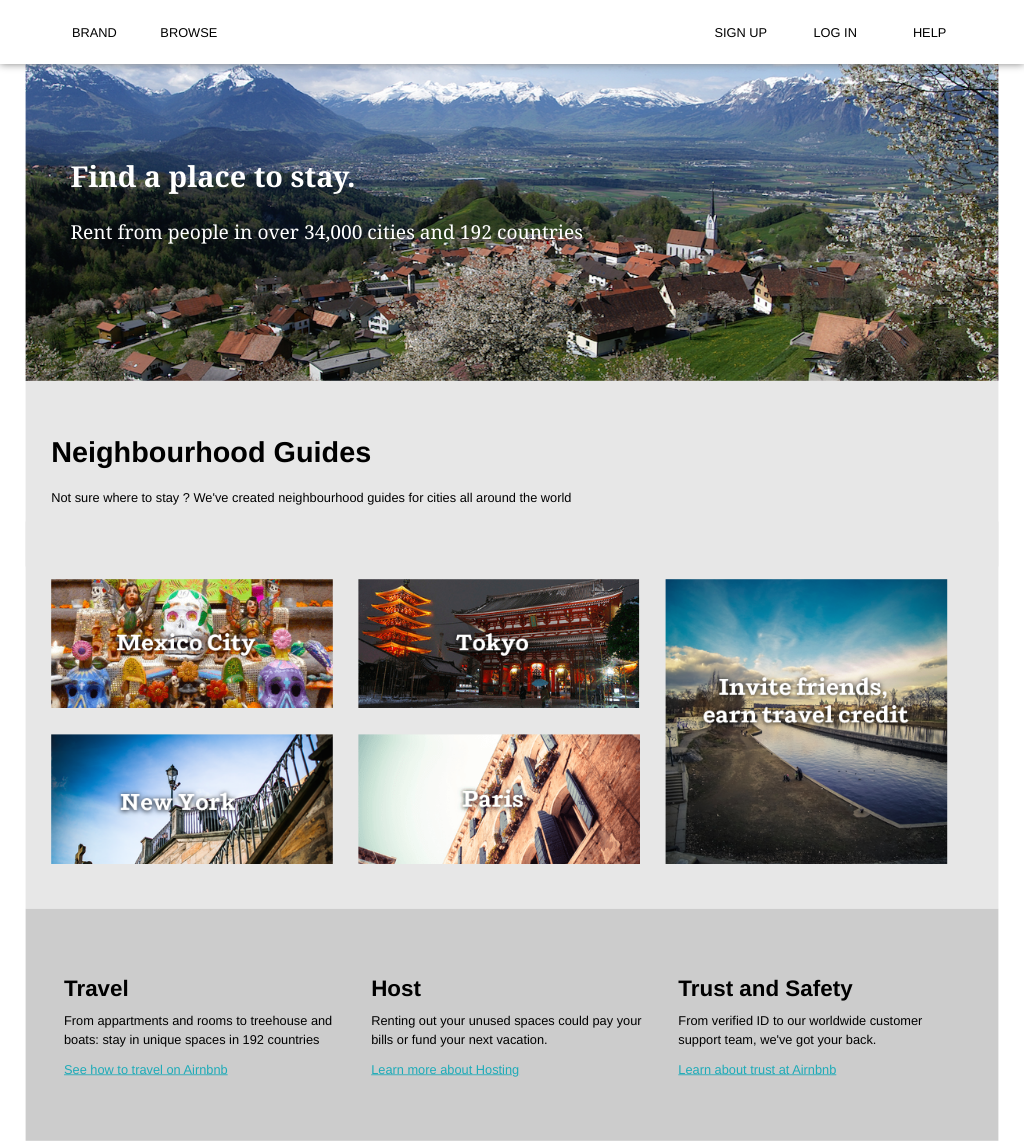
Repository: Naohonproject/web101x02-asm3
Page: Project3.html
An editor plug-in stored every save of this project. The page is shown before and after the next save, followed by the edit.
The browser window is 1280 px wide. The pictures show the whole page, at 80% of full size.

Above is the page before, as saved 2022-01-22 20:44:24.

After the next save:
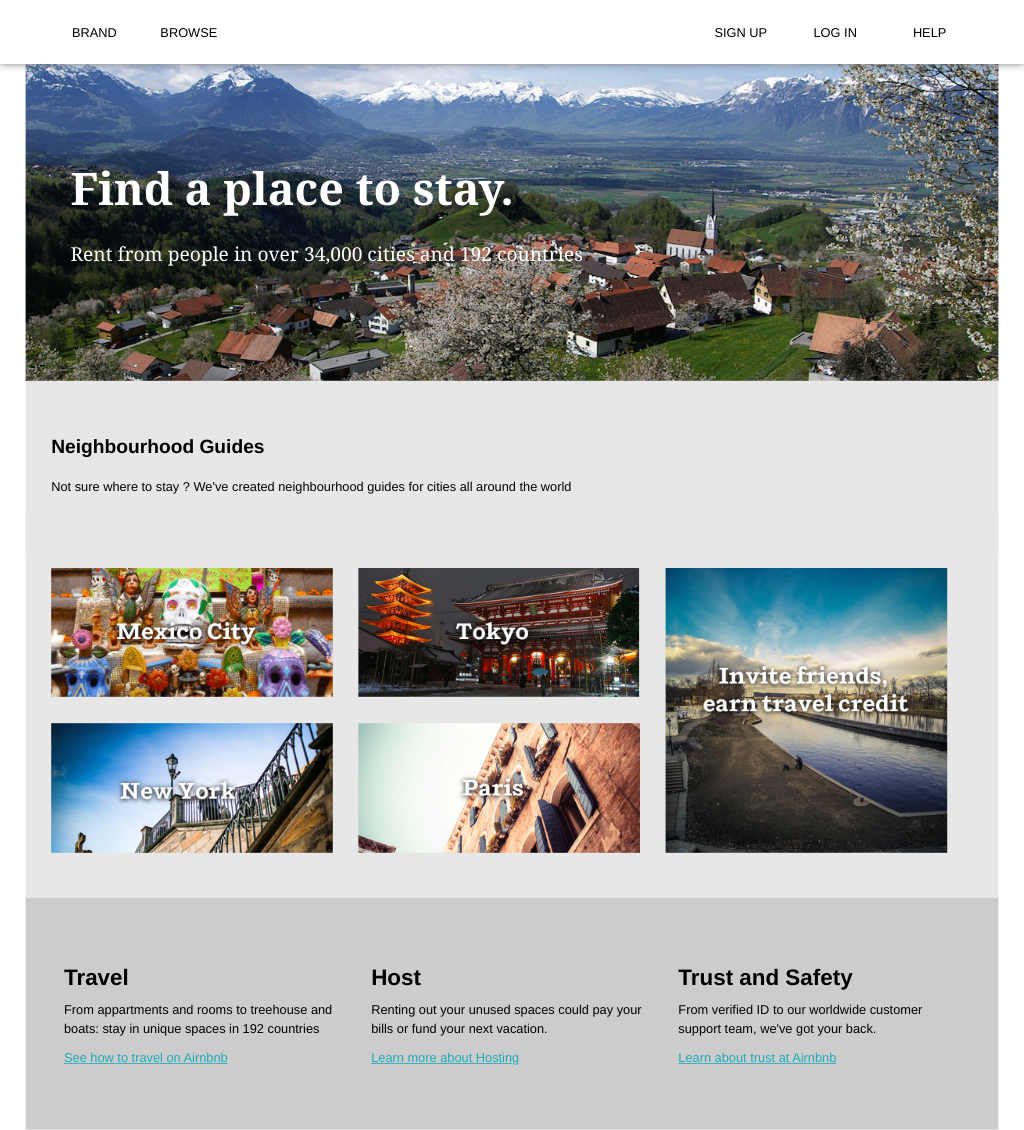
Saved 4 s later.
--- a/assets/css/mobile.css
+++ b/assets/css/mobile.css
@@ -27,10 +27,6 @@
 }
 
 /* to set the big and bold text */
-.bold-text {
-	font-size: 36px;
-	font-weight: bold;
-}
 
 .col-1 {
 	width: 8.33%;

After the 3 saves that followed:
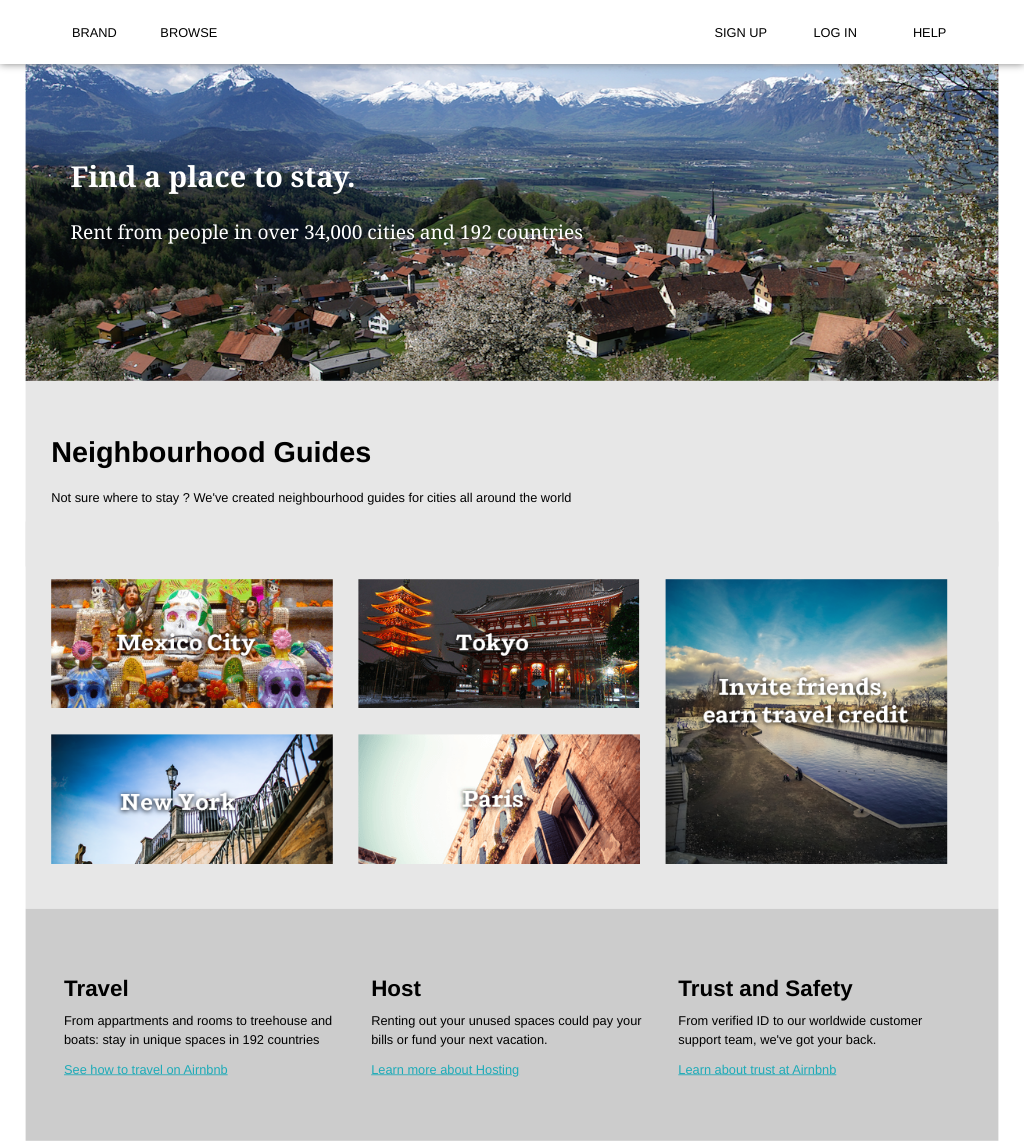
The 3 saves are shown as one change because 1 left the picture as it was and some came seconds apart.
The last was saved 73 s later.
--- a/assets/css/general.css
+++ b/assets/css/general.css
@@ -66,3 +66,8 @@ img:hover {
 		transform: translate(1px, -2px) rotate(-1deg);
 	}
 }
+
+.bold-text {
+	font-size: 36px;
+	font-weight: bold;
+}
